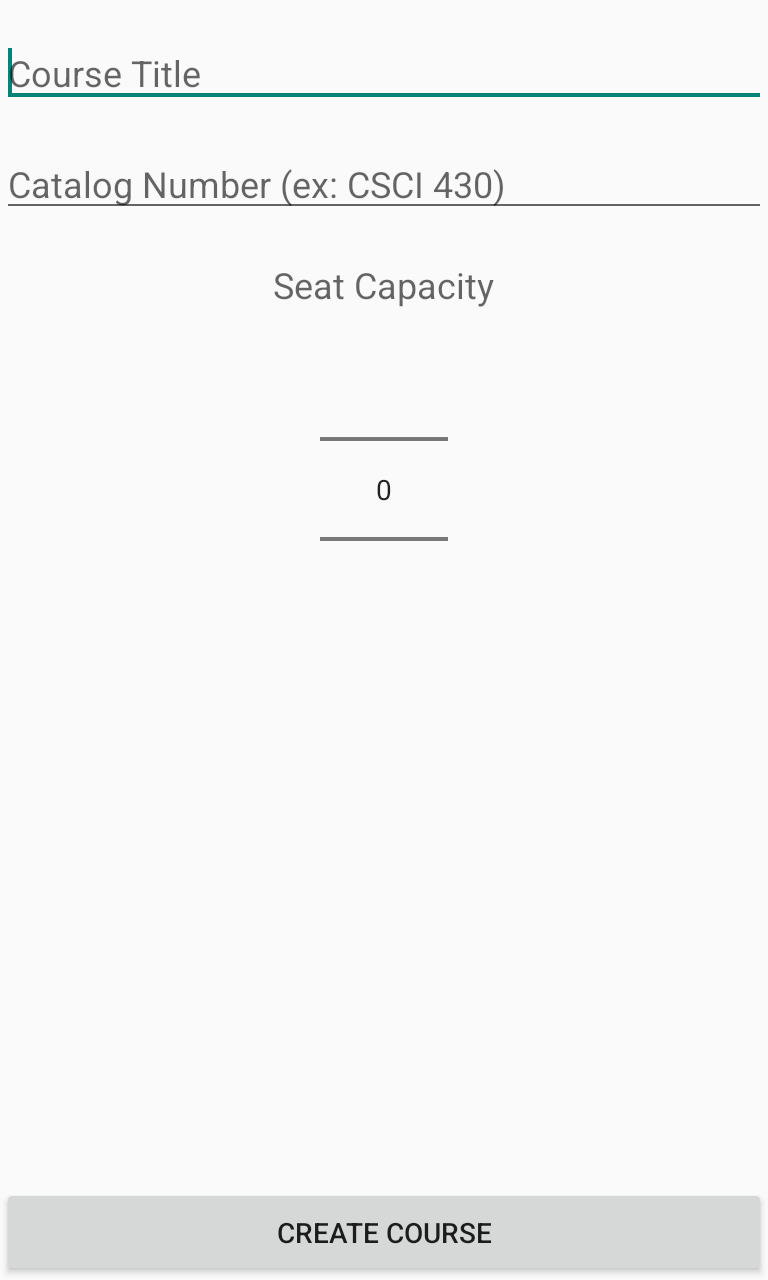
Repository: Jooms/Examples
Layout: CourseManager/res/layout/activity_main.xml
An editor plug-in stored every save of this project. The layout is shown before and after the next save, followed by the edit.
It is drawn on a 768 x 1280 px phone screen (xhdpi) without system bars, with theme AppTheme; the app's code is not run.

Above is the layout before, as saved 2014-10-06 00:54:52.

### CourseManager/res/layout/activity_main.xml
<RelativeLayout xmlns:android="http://schemas.android.com/apk/res/android"
    xmlns:tools="http://schemas.android.com/tools"
    android:layout_width="match_parent"
    android:layout_height="match_parent"
    tools:context="${relativePackage}.${activityClass}" >

    <EditText
        android:id="@+id/editName"
        android:layout_width="wrap_content"
        android:layout_height="wrap_content"
        android:layout_alignParentLeft="true"
        android:layout_alignParentRight="true"
        android:layout_alignParentTop="true"
        android:layout_marginTop="14dp"
        android:ems="10"
        android:hint="Course Title" >

        <requestFocus />
    </EditText>

    <EditText
        android:id="@+id/editNumber"
        android:layout_width="wrap_content"
        android:layout_height="wrap_content"
        android:layout_alignLeft="@+id/editName"
        android:layout_alignParentRight="true"
        android:layout_below="@+id/editName"
        android:layout_marginTop="14dp"
        android:ems="10"
        android:hint="Catalog Number (ex: CSCI 430)" />

    <Button
        android:id="@+id/buttonCreate"
        android:layout_width="wrap_content"
        android:layout_height="wrap_content"
        android:layout_alignParentBottom="true"
        android:layout_alignParentLeft="true"
        android:layout_alignParentRight="true"
        android:onClick="buttonCreatePressed"
        android:text="Create Course" />

    <NumberPicker
        android:id="@+id/numPickCapacity"
        android:layout_width="wrap_content"
        android:layout_height="wrap_content"
        android:layout_below="@+id/textView1"
        android:layout_centerHorizontal="true"
        android:orientation="vertical" />

    <TextView
        android:id="@+id/textFeedback"
        android:layout_width="wrap_content"
        android:layout_height="wrap_content"
        android:layout_alignLeft="@+id/textView1"
        android:layout_below="@+id/numPickCapacity"
        android:layout_marginTop="44dp"
        android:textAppearance="?android:attr/textAppearanceLarge"
        android:textColor="@android:color/holo_red_dark" />



    <TextView
        android:id="@+id/textView1"
        android:layout_width="wrap_content"
        android:layout_height="wrap_content"
        android:layout_below="@+id/editNumber"
        android:layout_centerHorizontal="true"
        android:layout_marginTop="19dp"
        android:text="Seat Capacity"
        android:textAppearance="?android:attr/textAppearanceMedium" />

</RelativeLayout>

Loaded but not shown: CourseManager/res/values/styles.xml (common file); CourseManager/res/values-v11/styles.xml (common file); CourseManager/res/values-v14/styles.xml (common file)

After the next save:
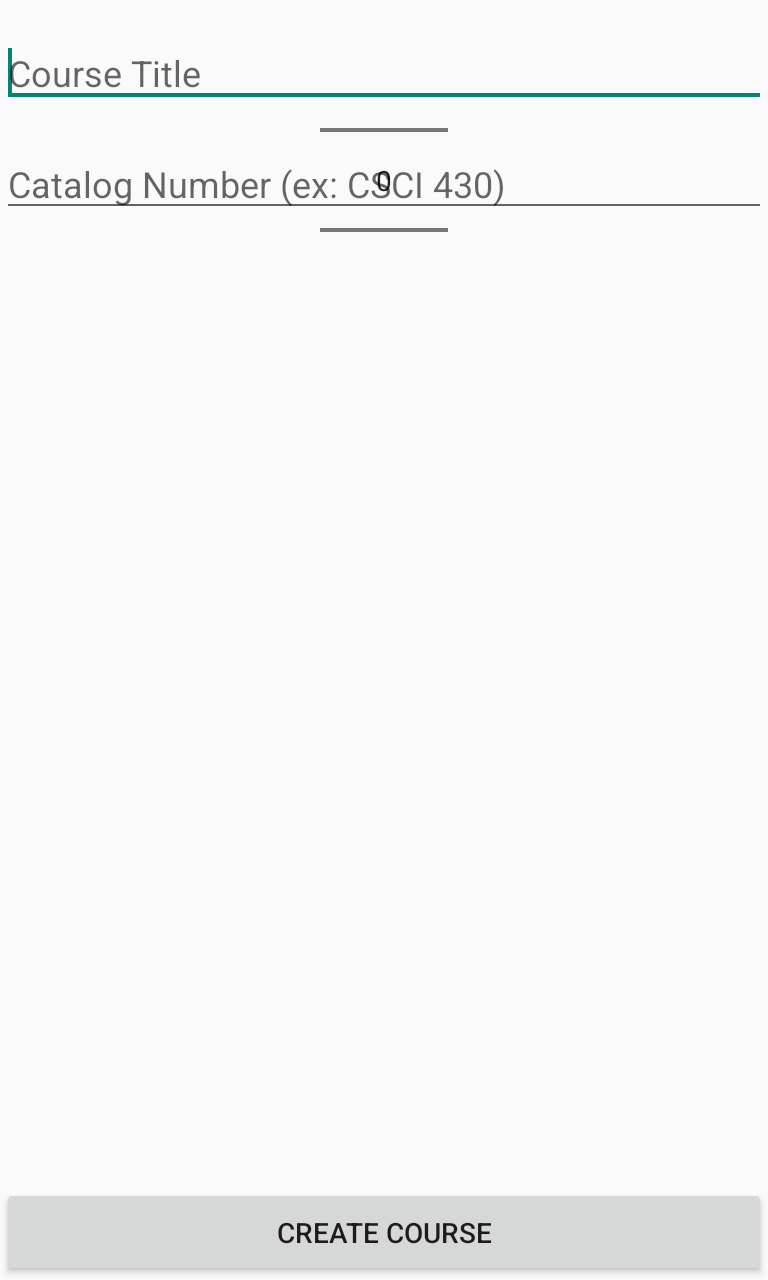
Saved 91 s later.
--- a/CourseManager/res/layout/activity_main.xml
+++ b/CourseManager/res/layout/activity_main.xml
@@ -58,15 +58,4 @@
         android:textColor="@android:color/holo_red_dark" />
 
 
-
-    <TextView
-        android:id="@+id/textView1"
-        android:layout_width="wrap_content"
-        android:layout_height="wrap_content"
-        android:layout_below="@+id/editNumber"
-        android:layout_centerHorizontal="true"
-        android:layout_marginTop="19dp"
-        android:text="Seat Capacity"
-        android:textAppearance="?android:attr/textAppearanceMedium" />
-
 </RelativeLayout>

After the save that followed:
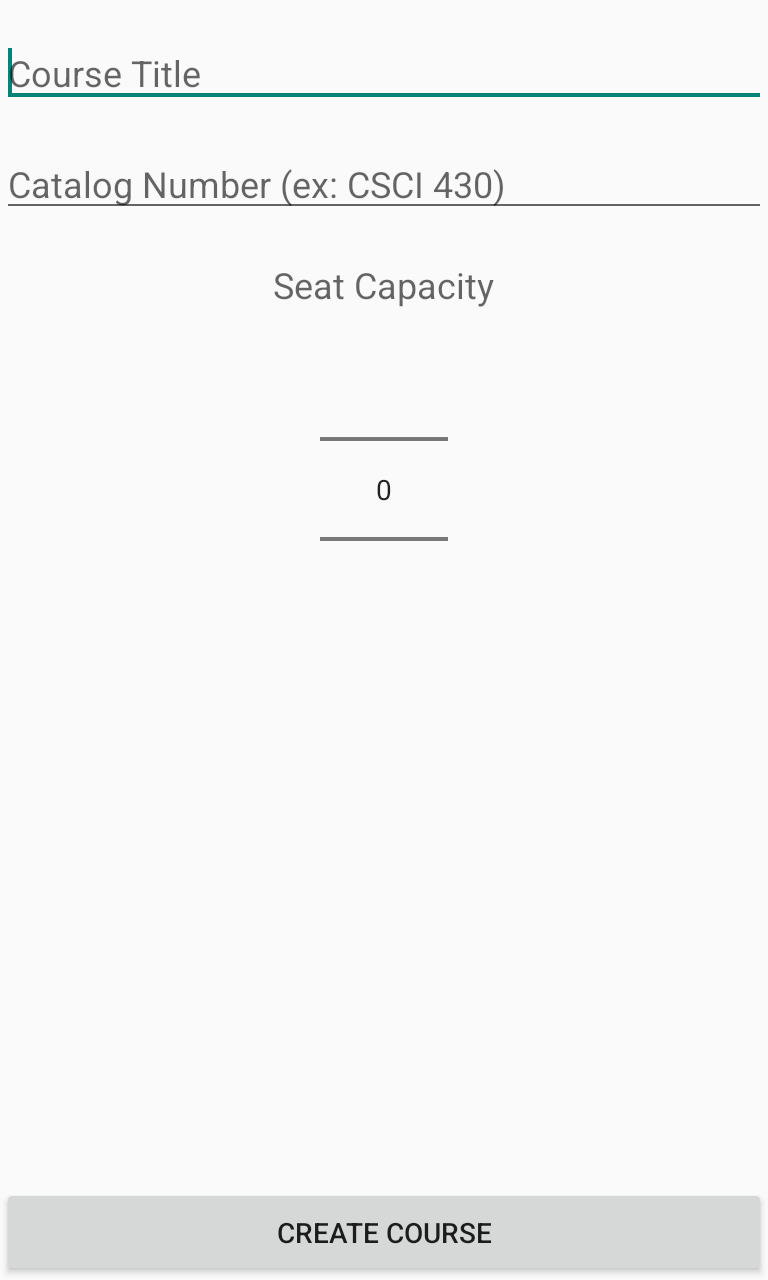
Saved 7 min 53 s later.
--- a/CourseManager/res/layout/activity_main.xml
+++ b/CourseManager/res/layout/activity_main.xml
@@ -39,6 +39,17 @@
         android:onClick="buttonCreatePressed"
         android:text="Create Course" />
 
+
+    <TextView
+        android:id="@+id/textView1"
+        android:layout_width="wrap_content"
+        android:layout_height="wrap_content"
+        android:layout_below="@+id/editNumber"
+        android:layout_centerHorizontal="true"
+        android:layout_marginTop="19dp"
+        android:text="Seat Capacity"
+        android:textAppearance="?android:attr/textAppearanceMedium" />
+
     <NumberPicker
         android:id="@+id/numPickCapacity"
         android:layout_width="wrap_content"
